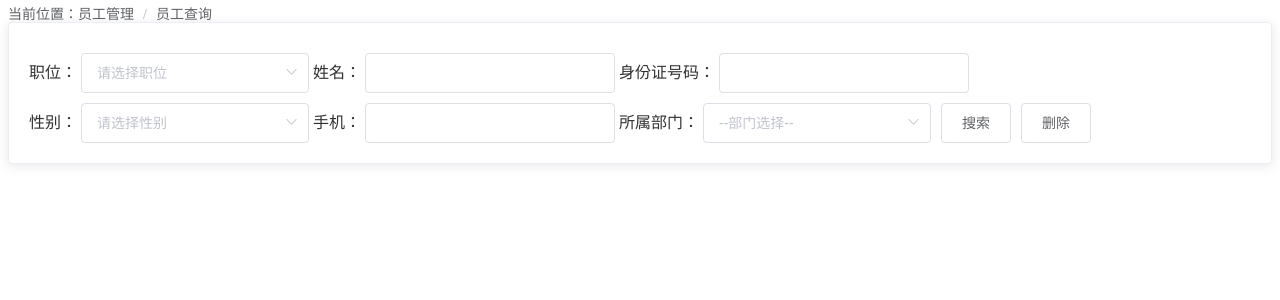
Repository: YUNjwyao/vue_hrm
Page: /#/employee
The author's editor kept a copy of each file at every save. The page is drawn from the files as they stood at one save, then again after the next save.
The browser window is 1280 px wide. The pictures show the whole page.
The project was rebuilt for these pictures with package versions that can differ from the ones it lists, and the page was loaded fresh each time.

Above is the page before, as saved 2020-10-15 19:22:56.

### src/App.vue
<template>
  <div id="app">
     <!-- 路由占位符 -->
     <router-view></router-view>
  </div>
</template>

<script>

export default {

}
</script>

<style lang="less" scoped>

</style>

### src/router/index.js
import Vue from 'vue'
import VueRouter from 'vue-router'
import EmployeeQuery from '../components/Employee/EmployeeQuery.vue'

Vue.use(VueRouter)

const routes = [
 {
   path: '/employee',component: EmployeeQuery
 }
]

const router = new VueRouter({
  routes
})

export default router

### src/plugins/element.js
import Vue from 'vue'
import {
    Button,
    Breadcrumb,
    BreadcrumbItem,
    Card,
    Select,
    Option,
    Input,
    Row
} from 'element-ui'


Vue.use(Button)
Vue.use(Breadcrumb)
Vue.use(BreadcrumbItem)
Vue.use(Card)
Vue.use(Select)
Vue.use(Option)
Vue.use(Input)
Vue.use(Row)

### src/components/Employee/EmployeeQuery.vue
<template>
  <div class="employee">
    <!-- 面包屑导航 -->
    <el-breadcrumb separator="/">
      <el-breadcrumb-item>当前位置：员工管理</el-breadcrumb-item>
      <el-breadcrumb-item><a href="/">员工查询</a></el-breadcrumb-item>
    </el-breadcrumb>
    <!-- 查询输入框 -->
    <el-card>
      <el-row>
        职位：
        <el-select v-model="value" placeholder="请选择职位">
          <el-option
            v-for="item in options"
            :key="item.value"
            :label="item.label"
            :value="item.value"
          >
          </el-option>
        </el-select>
        姓名：
        <el-input v-model="input"></el-input>
        身份证号码：
        <el-input v-model="input"></el-input>
      </el-row>
	  <el-row>
        性别：
        <el-select v-model="value" placeholder="请选择性别">
          <el-option
            v-for="item in optionsSex"
            :key="item.value"
            :label="item.label"
            :value="item.value"
          >
          </el-option>
        </el-select>
        手机：
        <el-input v-model="input"></el-input>
       所属部门：
        <el-select v-model="value" placeholder="--部门选择--">
          <el-option
            v-for="item in optionsDoor"
            :key="item.value"
            :label="item.label"
            :value="item.value"
          >
          </el-option>
        </el-select>
		<el-button>搜索</el-button>
		<el-button>删除</el-button>
      </el-row>
    </el-card>
  </div>
</template>

<script>
export default {
  data() {
    return {
      options: [
        {
          value: "选项1",
          label: "经理",
        },
        {
          value: "选项2",
          label: "职员",
        },
	  ],
	  optionsSex: [
        {
          value: "选项1",
          label: "男",
        },
        {
          value: "选项2",
          label: "女",
        },
	  ],
	  optionsDoor: [
        {
          value: "选项1",
          label: "技术部",
        },
        {
          value: "选项2",
          label: "运营部",
        },
      ]
    };
  },
};
</script>

<style lang="less" scoped>
.el-input {
  width: 250px;
}
.el-row{
	margin-top: 10px;
}
.el-button{
	margin-left: 10px;
}
</style>

Loaded but not shown: public/index.html (common file); src/main.js (common file); src/store/index.js (common file)

After the next save:
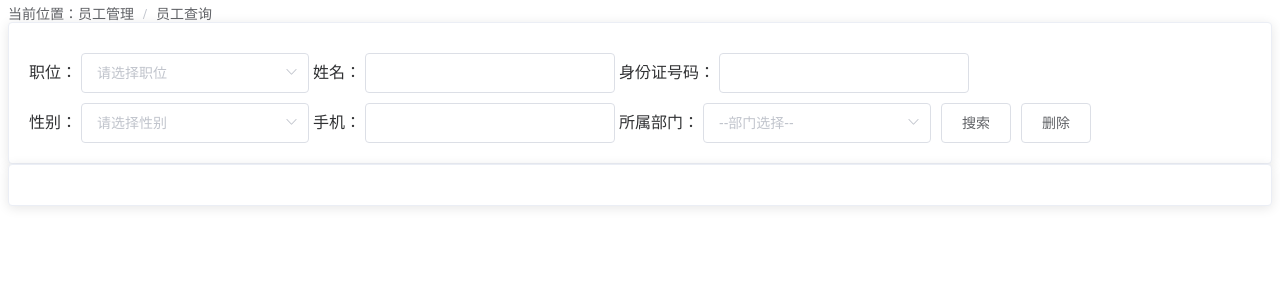
Saved 65 s later.
--- a/src/components/Employee/EmployeeQuery.vue
+++ b/src/components/Employee/EmployeeQuery.vue
@@ -50,6 +50,10 @@
 		<el-button>删除</el-button>
       </el-row>
     </el-card>
+	<!-- Table表格 -->
+	<el-card>
+
+	</el-card>
   </div>
 </template>
 
